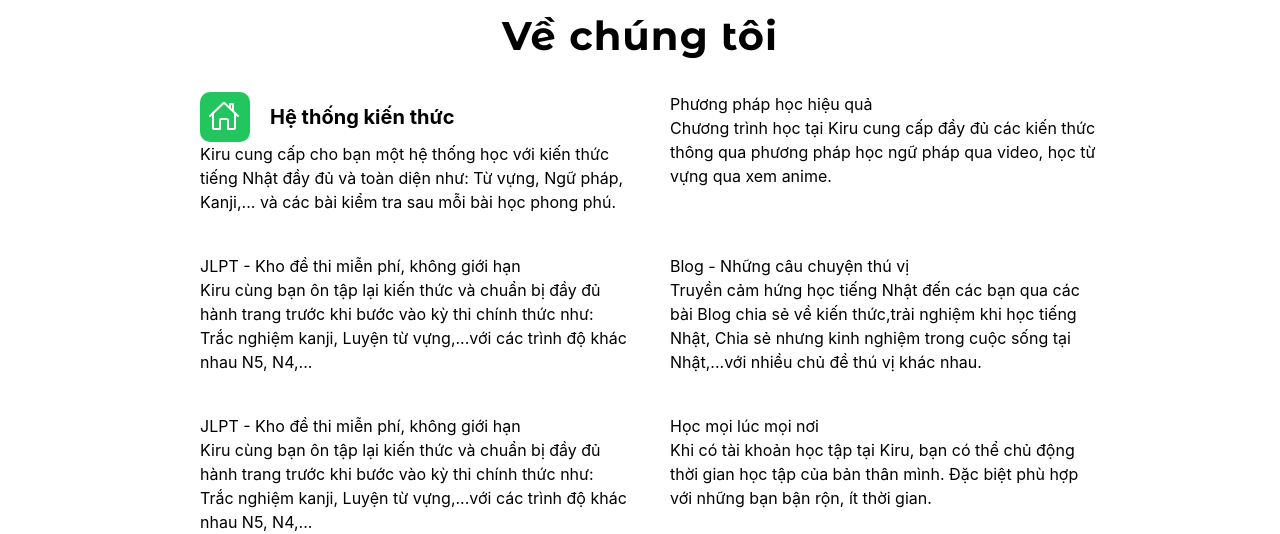
Repository: Quynhhuong150322/Kiru_Website-hoc-tieng-Nhat
Page: /
The author's editor kept a copy of each file at every save. The page is drawn from the files as they stood at one save, then again after the next save.
The browser window is 1280 px wide. The pictures show the part of the page from y = 820 to 1390 px (the page is 1354 px tall before and 1390 px after).
The project was rebuilt for these pictures with package versions that can differ from the ones it lists, and the page was loaded fresh each time.

Above is the page before, as saved 2023-08-14 11:55:23.

After the next save:
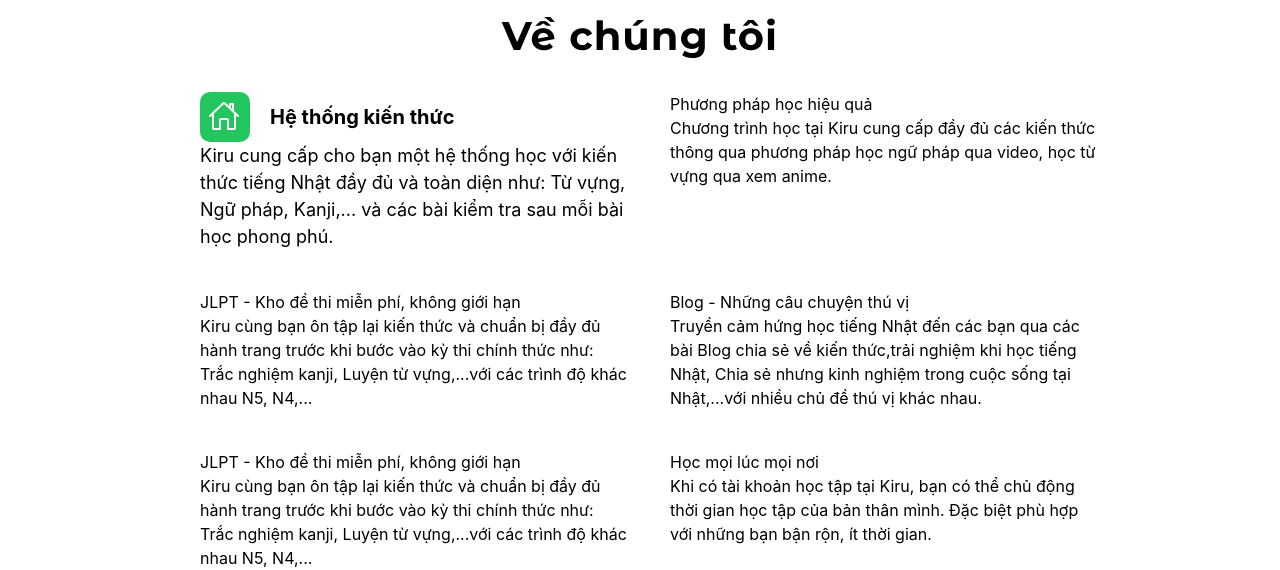
Saved 5 s later.
--- a/src/component/Gioi_thieu.js
+++ b/src/component/Gioi_thieu.js
@@ -44,7 +44,7 @@
                                 </div>
                                 <p className="font-inter font-bold text-xl">Hệ thống kiến thức</p>
                             </div>
-                            <div className="font-inter text-[16px]">Kiru cung cấp cho bạn một hệ thống học với kiến thức tiếng Nhật đầy đủ và toàn diện như: Từ vựng, Ngữ pháp, Kanji,... và các bài kiểm tra sau mỗi bài học phong phú.</div>
+                            <div className="font-inter text-[18px]">Kiru cung cấp cho bạn một hệ thống học với kiến thức tiếng Nhật đầy đủ và toàn diện như: Từ vựng, Ngữ pháp, Kanji,... và các bài kiểm tra sau mỗi bài học phong phú.</div>
                         </div>
                         <div className="">
                             <div className="">
